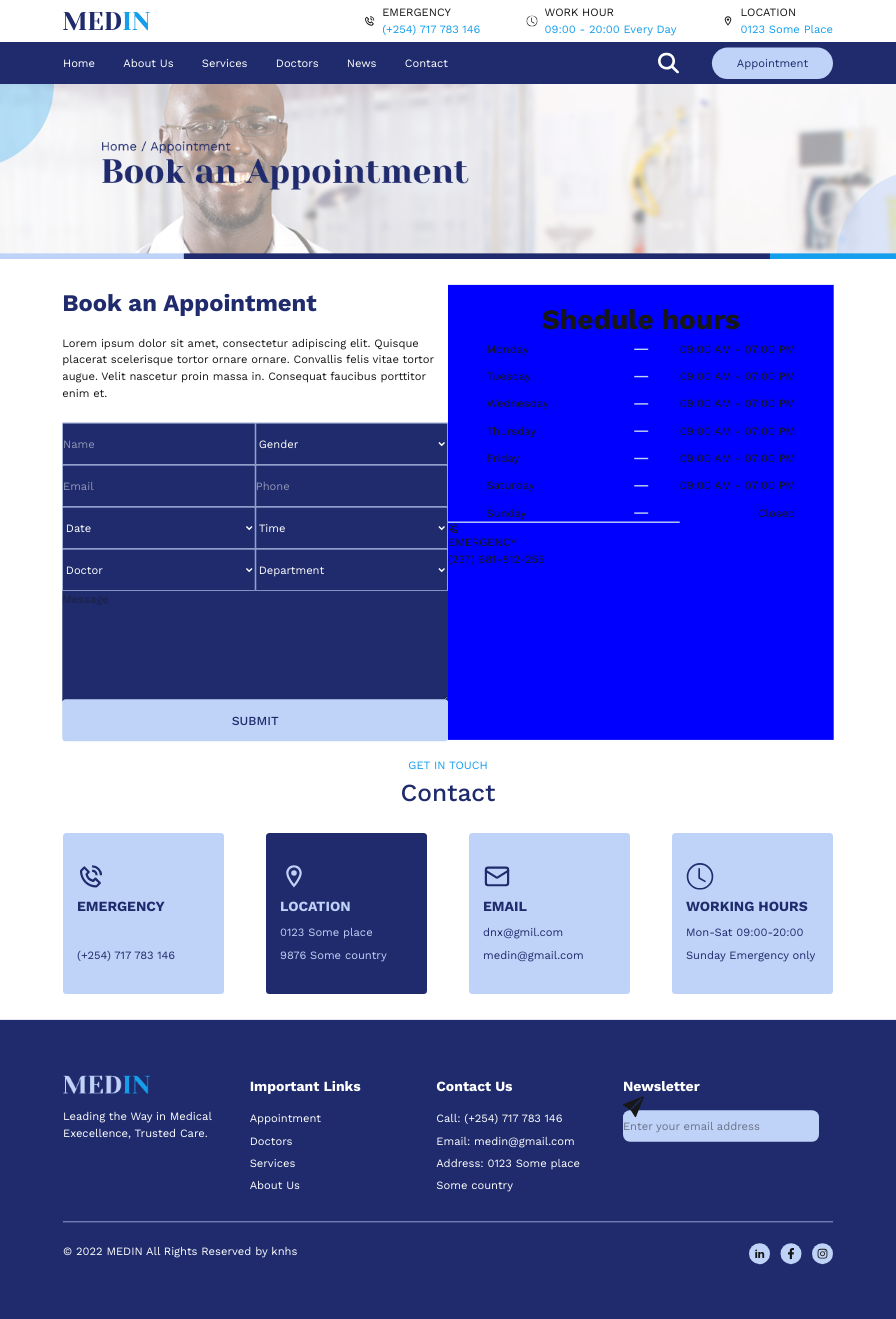
Repository: SynHK3/Poc_Hospital
Page: /appointment (app in fe_hospital/)
An editor plug-in stored every save of this project. The page is shown before and after a run of saves, followed by the edit.
The browser window is 1280 px wide. The pictures show the whole page, at 70% of full size.
The project was rebuilt for these pictures with package versions that can differ from the ones it lists, and the page was loaded fresh each time. The framework's server and built-in components were replaced by stand-ins that run in the browser. Also part of the build but not shown: fe_hospital/next.config.ts.

Above is the page before, as saved 2025-09-02 22:49:19.

### fe_hospital/src/app/layout.tsx
import type { Metadata } from "next";
import { Geist, Geist_Mono, Work_Sans } from "next/font/google";
import "./globals.css";

const geistSans = Geist({
  variable: "--font-geist-sans",
  subsets: ["latin"],
});

const geistMono = Geist_Mono({
  variable: "--font-geist-mono",
  subsets: ["latin"],
});

const workSans = Work_Sans({
  subsets: ["latin"],
  weight: ["400", "500", "600", "700"], // chọn các weight cần
});

export const metadata: Metadata = {
  title: "Create Next App",
  description: "Generated by create next app",
};

export default function RootLayout({
  children,
}: Readonly<{
  children: React.ReactNode;
}>) {
  return (
    <html lang="en">
      <body
        className={`${workSans.className} ${geistMono.variable} antialiased`}
      >
        {children}
      </body>
    </html>
  );
}

### fe_hospital/src/app/appointment/page.tsx
import Header from "@/components/header/header";
import "./appointment.css";
import Contact from "@/components/contact/contact";
import Footer from "@/components/footer/footer";

import { BiPhoneCall } from "react-icons/bi";

export default function Appointment() {
  return (
    <div>
      <Header></Header>
      <div className="container__content--appointment">
        <div className="content__banner--appointment"></div>

        <div className="content--form--appointment">
          <div className="layout__content--submit--form--appointment">
            {/* Start Form Book Appointment */}
            <div className="container__form--submit--appointment">
              <h1 className="form__title">Book an Appointment</h1>
              <p className="form__description">
                Lorem ipsum dolor sit amet, consectetur adipiscing elit. Quisque
                placerat scelerisque tortor ornare ornare. Convallis felis vitae
                tortor augue. Velit nascetur proin massa in. Consequat faucibus
                porttitor enim et.
              </p>
              <form className="form__appointment">
                <div className="form__group">
                  <input
                    type="text"
                    placeholder="Name"
                    className="form__input form__input--half"
                  />
                  <select className="form__select form__select--half">
                    <option>Gender</option>
                  </select>
                </div>
                <div className="form__group">
                  <input
                    type="email"
                    placeholder="Email"
                    className="form__input form__input--half"
                  />
                  <input
                    type="tel"
                    placeholder="Phone"
                    className="form__input form__input--half"
                  />
                </div>
                <div className="form__group">
                  <select className="form__select form__select--half">
                    <option>Date</option>
                  </select>
                  <select className="form__select form__select--half">
                    <option>Time</option>
                  </select>
                </div>
                <div className="form__group">
                  <select className="form__select form__select--half">
                    <option>Doctor</option>
                  </select>
                  <select className="form__select form__select--half">
                    <option>Department</option>
                  </select>
                </div>
                <textarea
                  placeholder="Message"
                  className="form__textarea"
                ></textarea>
                <button type="submit" className="btn__submit--appointment">
                  SUBMIT
                </button>
                {/* End Form Book Appointment */}
              </form>
            </div>

            {/* Start Shedule Appoinment */}
            <div className="container__shedule--appointment">
              <h2 className="shedule__title">Shedule hours</h2>
              <ul className="shedule__list">
                <li className="shedule__item">
                  <span className="day">Monday</span>
                  <span className="line--day--time"></span>
                  <span className="time">09:00 AM - 07:00 PM</span>
                </li>
                <li className="shedule__item">
                  <span className="day">Tuesday</span>
                  <span className="line--day--time"></span>
                  <span className="time">09:00 AM - 07:00 PM</span>
                </li>
                <li className="shedule__item">
                  <span className="day">Wednesday</span>
                  <span className="line--day--time"></span>
                  <span className="time">09:00 AM - 07:00 PM</span>
                </li>
                <li className="shedule__item">
                  <span className="day">Thursday</span>
                  <span className="line--day--time"></span>
                  <span className="time">09:00 AM - 07:00 PM</span>
                </li>
                <li className="shedule__item">
                  <span className="day">Friday</span>
                  <span className="line--day--time"></span>
                  <span className="time">09:00 AM - 07:00 PM</span>
                </li>
                <li className="shedule__item">
                  <span className="day">Saturday</span>
                  <span className="line--day--time"></span>
                  <span className="time">09:00 AM - 07:00 PM</span>
                </li>
                <li className="shedule__item">
                  <span className="day">Sunday</span>
                  <span className="line--day--time"></span>
                  <span className="time">Closed</span>
                </li>
              </ul>

              <div className="shedule__line"></div>

              <div className="shedule__info--contact">
                <div className="shedule__info--contact--item">
                  <BiPhoneCall className="icon__info--item"></BiPhoneCall>

                  <div className="shedule__info--contact--desc">
                    <h3>EMERGENCY</h3>
                    <h5>(237) 681-812-255</h5>
                  </div>
                </div>
              </div>

              {/* End Schedule Hours */}
            </div>
          </div>
        </div>
      </div>
      <Contact></Contact>
      <Footer></Footer>
    </div>
  );
}

### fe_hospital/src/components/header/header.tsx
import Logo from "../../images/Logo.svg";
import Image from "next/image";
import { BiPhoneCall } from "react-icons/bi";
import { FaMagnifyingGlass } from "react-icons/fa6";
import { BsClock } from "react-icons/bs";
import { MdOutlineLocationOn } from "react-icons/md";
import "./header.css";

export default function Header() {
  return (
    <div className="container__header">
      <div className="header__layout">
        <div className="header__headline">
          <Image src={Logo} width={125} height={42} alt=""></Image>

          <div className="header__headline--info">
            <div className="header__headline--info--item">
              <BiPhoneCall className="icon__info--item"></BiPhoneCall>

              <div className="header__headline--info--desc">
                <h3>EMERGENCY</h3>
                <h5>(+254) 717 783 146</h5>
              </div>
            </div>

            <div className="header__headline--info--item">
              <BsClock className="icon__info--item"></BsClock>

              <div className="header__headline--info--desc">
                <h3>WORK HOUR</h3>
                <h5>09:00 - 20:00 Every Day</h5>
              </div>
            </div>

            <div className="header__headline--info--item">
              <MdOutlineLocationOn className="icon__info--item"></MdOutlineLocationOn>

              <div className="header__headline--info--desc">
                <h3>LOCATION</h3>
                <h5>0123 Some Place</h5>
              </div>
            </div>
          </div>
        </div>

        <div className="header__nav">
          <div className="layout__header--nav">
            <ul className="header__list--nav">
              <li>Home</li>
              <li>About Us</li>
              <li>Services</li>
              <li>Doctors</li>
              <li>News</li>
              <li>Contact</li>
            </ul>

            <div className="header__nav--appoinment">
              <FaMagnifyingGlass fontSize={30}></FaMagnifyingGlass>

              <button className="header__btn--appointment">Appointment</button>
            </div>
          </div>
        </div>
      </div>
    </div>
  );
}

### fe_hospital/src/app/appointment/appointment.css
.container__content--appointment {
  width: 100%;
  height: auto;
}

.content__banner--appointment {
  width: 100%;
  height: 250px;
  background-image: url("./images/Content__Header__Appointment.png");
  background-repeat: no-repeat;
  background-size: cover;
  background-position: center;
}

.content--form--appointment {
  display: flex;
  margin-top: 37px;
  width: 100%;
  height: 650px;

  align-items: center;
  justify-content: center;
}

.layout__content--submit--form--appointment {
  display: flex;
  width: 1102px;
  height: 650px;
}

/* CSS Form Appointment */

.container__form--submit--appointment {
  width: 50%;
  height: 650px;
}
.form__title {
  color: #1f2b6c;
  font-weight: bold;
  font-size: 34px;
}

.form__description {
  margin-top: 20px;
}

.form__appointment {
  margin-top: 30px;
}

.form__group {
  display: flex;
}

.form__input,
.form__select {
  width: 100%;
  height: 60px;
  background-color: #1f2b6c;
  border: 1px solid #bfd2f8;
  color: white;
  font-size: 1rem;
}

/* .form__select {
  appearance: none;
  background-image: url('data:[embedded picture, 232 characters]');
  background-repeat: no-repeat;
  background-position: right 15px center;
  background-size: 12px;
} */

.form__textarea {
  width: 100%;
  height: 158px;
  resize: vertical;
  background-color: #1f2b6c;
}

.btn__submit--appointment {
  margin-top: -10px;
  width: 100%;
  height: 60px;
  background-color: #bfd2f8;
  color: #1f2b6c;
  border-radius: 5px;
  font-size: 1.1rem;
  font-weight: 500;
  cursor: pointer;
}

/* End Form Appoint Ment */

/* Start Shedule Appoinment */

.container__shedule--appointment {
  width: 50%;
  height: 650px;
  background-color: blue;
}

.shedule__title {
  font-size: 2.5rem;
  font-weight: bold;
  margin-top: 20px;
  text-align: center;
}

.shedule__list {
  width: 80%;
  margin: 0 auto;
  display: flex;
  flex-direction: column;
  gap: 15px; /* khoảng cách giữa các item */
}

.shedule__item {
  display: flex;
  align-items: center;
}

.shedule__item .day {
  flex: 1;
  text-align: left;
}

.shedule__item .line--day--time {
  width: 20px; /* cố định 10px */
  height: 2px;
  background-color: #bfd2f8;
  margin: 0 8px;
}

.shedule__item .time {
  flex: 1;
  text-align: right;
}

.shedule__line {
  width: 331px;
  height: 2px;
  background-color: #bfd2f8;
}

.header__headline--info--item {
  height: 60px;
  display: flex;
  align-items: center;
}



/* End Shedule Appointment */

### fe_hospital/src/components/contact/contact.tsx
import "./contact.css";

import { BiPhoneCall } from "react-icons/bi";
import { MdOutlineLocationOn } from "react-icons/md";
import { LuMail } from "react-icons/lu";
import { BsClock } from "react-icons/bs";

export default function Contact() {
  return (
    <div className="container__contact">
      <div className="container__layout--contact">
        <div className="content__contact--headline">
          <h6>GET IN TOUCH</h6>
          <h1>Contact</h1>
        </div>

        <ul className="content__list--contact">
          <li>
            <div className="contact--item">
              <BiPhoneCall className="contact__item--icon"></BiPhoneCall>
              <h1>EMERGENCY</h1>

              <h3 style={{ visibility: "hidden" }}>dnx@gmil.com</h3>
              <p>(+254) 717 783 146</p>
            </div>
          </li>
          <li>
            <div className="contact--item">
              <MdOutlineLocationOn className="contact__item--icon"></MdOutlineLocationOn>
              <h1>LOCATION</h1>

              <p>0123 Some place</p>
              <p>9876 Some country</p>
            </div>
          </li>
          <li>
            <div className="contact--item">
              <LuMail className="contact__item--icon"></LuMail>
              <h1>EMAIL</h1>

              <p>dnx@gmil.com</p>
              <p>medin@gmail.com</p>
            </div>
          </li>
          <li>
            <div className="contact--item">
              <BsClock className="contact__item--icon"></BsClock>
              <h1 className="headline--item">WORKING HOURS</h1>

              <p>Mon-Sat 09:00-20:00</p>
              <p>Sunday Emergency only</p>
            </div>
          </li>
        </ul>
      </div>
    </div>
  );
}

### fe_hospital/src/components/footer/footer.tsx
import "./footer.css";
import { RiLinkedinFill } from "react-icons/ri";
import { FaFacebookF } from "react-icons/fa";
import { FaInstagram } from "react-icons/fa";
import Image from "next/image";
import LogoFooter from "../../images/Logo__Footer.png";
import { BsFillSendFill } from "react-icons/bs";

export default function Footer() {
  return (
    <div className="container__footer">
      <div className="container__layout--footer">
        <ul className="list__footer--item">
          <li>
            <div>
              <Image src={LogoFooter} width={125} height={42} alt=""></Image>
              <h1 className="headline__footer">
                Leading the Way in Medical Execellence, Trusted Care.
              </h1>
            </div>
          </li>
          <li>
            <div>
              <h1 className="footer--item--headline">Important Links</h1>
              <ul className="list--item--footer--link">
                <li>Appointment</li>
                <li>Doctors</li>
                <li>Services</li>
                <li>About Us</li>
              </ul>
            </div>
          </li>

          <li>
            <div>
              <h1 className="footer--item--headline">Contact Us</h1>
              <ul className="list--item--footer--contact">
                <li>Call: (+254) 717 783 146</li>
                <li>Email: medin@gmail.com</li>
                <li>Address: 0123 Some place</li>
                <li>Some country</li>
              </ul>
            </div>
          </li>
          <li>
            <div>
              <h1 className="footer--item--headline">Newsletter</h1>
              <div className="container__input--send--mail">
                <input
                  className="input__footer--send--mail"
                  placeholder="Enter your email address"
                ></input>

                <BsFillSendFill
                  className="footer__icon--send--mail"
                  fontSize={30}
                ></BsFillSendFill>
              </div>
            </div>
          </li>
        </ul>

        <div className="footer--line"></div>

        <div className="footer--link--social">
          <h3>© 2022 MEDIN All Rights Reserved by knhs</h3>

          <ul className="list--icon--link--social">
            <li>
              <RiLinkedinFill></RiLinkedinFill>
            </li>
            <li>
              <FaFacebookF></FaFacebookF>
            </li>
            <li>
              <FaInstagram></FaInstagram>
            </li>
          </ul>
        </div>
      </div>
    </div>
  );
}

### fe_hospital/src/components/header/header.css
.container__header {
  width: 100%;
  height: 120px;
}

.header__layout {
  display: flex;
  flex-direction: column;
  align-items: center;
  width: 100%;
}

.header__headline {
  display: flex;
  justify-content: space-between;
  width: 1100px;
  height: 60px;
}

.header__headline--info {
  width: 670px;
  display: flex;
  justify-content: space-between;
}

.header__headline--info--desc > h5 {
  color: #159eec;
}

.header__headline--info--item {
  height: 60px;
  display: flex;
  align-items: center;
}

.icon__info--item {
  font-size: 30;
  margin-right: 10px;
}

/* Header Nav */

.header__nav {
  display: flex;
  align-items: center;
  justify-content: center;
  width: 100%;
  height: 60px;
  background-color: #1f2b6c;
  color: white;
}

.layout__header--nav {
  display: flex;
  justify-content: space-between;
  align-items: center;
  width: 1100px;
  height: 60px;
}

.header__list--nav {
  width: 550px;
  display: flex;
  justify-content: space-between;
}

.header__nav--appoinment {
  width: 250px;
  height: 45px;
  display: flex;
  justify-content: space-between;
  align-items: center;
}

.header__btn--appointment {
  color: #1f2b6c;
  width: 173px;
  height: 45px;
  background-color: #bfd2f8;
  border-radius: 30px;
}

### fe_hospital/src/components/contact/contact.css
.container__contact {
  display: flex;
  width: 100%;
  height: 400px;
  justify-content: center;
}

.container__layout--contact {
  display: flex;
  flex-direction: column;
  justify-content: space-between;
  width: 1100px;
  height: 363px;
}

.content__contact--headline {
  display: flex;
  flex-direction: column;
  width: 100%;
  height: 127px;
  align-items: center;
  justify-content: center;
}

.content__list--contact {
  display: flex;
  justify-content: space-between;
  align-items: center;
}

.content__contact--headline > h1 {
  font-size: 35px;
  font-weight: 500;
  color: #1f2b6c;
}
.content__contact--headline > h6 {
  color: #159eec;
}

.content__list--contact > li {
  display: flex;
  align-items: center;
  width: 230px;
  height: 230px;
  background-color: #bfd2f8;
  border-radius: 5px;
}

.content__list--contact > li:nth-child(2) {
  background-color: #1f2b6c;
}

.content__list--contact > li:nth-child(2) > div > p,
.content__list--contact > li:nth-child(2) > div > h1,
.content__list--contact > li:nth-child(2) > div > .contact__item--icon {
  color: #bfd2f8;
}

.contact--item {
  margin-left: 20px;
  display: flex;
  flex-direction: column;
  justify-content: space-between;
  width: 126px;
  height: 145px;
}

.contact--item > h1 {
  width: 230px;
  font-size: 20px;
  font-weight: 700;
  color: #1f2b6c;
}

.contact--item > p {
  width: 230px;
  color: #1f2b6c;
}

.headline--item {
  width: 140px;
}

.contact__item--icon {
  width: 40px;
  height: 38px;
  color: #1f2b6c;
}

### fe_hospital/src/components/footer/footer.css
.container__footer {
  display: flex;
  width: 100%;
  height: 427px;
  justify-content: center;
  align-items: center;
  background-color: #1f2b6c;
}

.container__layout--footer {
  display: flex;
  flex-direction: column;
  justify-content: space-between;
  width: 1100px;
  height: 270px;
}

/* Footer Items  */
.list__footer--item {
  display: flex;
  justify-content: space-between;
  height: 179px;
}

.footer--item--headline {
  color: white;
  font-weight: 700;
  font-size: 20px;
}

.list__footer--item > li {
  width: 220px;
  height: 179px;
}

.list__footer--item > li:last-child {
  display: flex;
  width: 300px;
}

.headline__footer {
  width: 250px;
  color: white;
}

/* Input SEND MAIL */
.container__input--send--mail {
  position: relative;
  width: 280px;
  display: flex;
  justify-content: space-between;
}

.input__footer--send--mail {
  width: 300px;
  height: 45px;
  background-color: #bfd2f8;
  border-radius: 10px;
}

.footer__icon--send--mail {
  position: absolute;
  right: 10;
  margin-top: 27;
}

.headline__footer,
.list--item--footer--link,
.list--item--footer--contact,
.input__footer--send--mail {
  margin-top: 20px;
}

.list--item--footer--link,
.list--item--footer--contact {
  display: flex;
  flex-direction: column;
  justify-content: space-between;
  height: 120px;
  color: white;
}

/* Footer Line */

.footer--line {
  width: 100%;
  height: 1px;
  background-color: #bfd2f8;
}

.footer--link--social {
  justify-content: space-between;
  display: flex;
}

.footer--link--social > h3 {
  color: white;
}

.list--icon--link--social {
  display: flex;
  justify-content: space-between;
  width: 120px;
}

.list--icon--link--social > li {
  display: flex;
  align-items: center;
  justify-content: center;
  width: 30px;
  height: 30px;
  background-color: #bfd2f8;
  border-radius: 50%;
}

Loaded but not shown: fe_hospital/src/app/globals.css (common file)

After the next 2 saves:
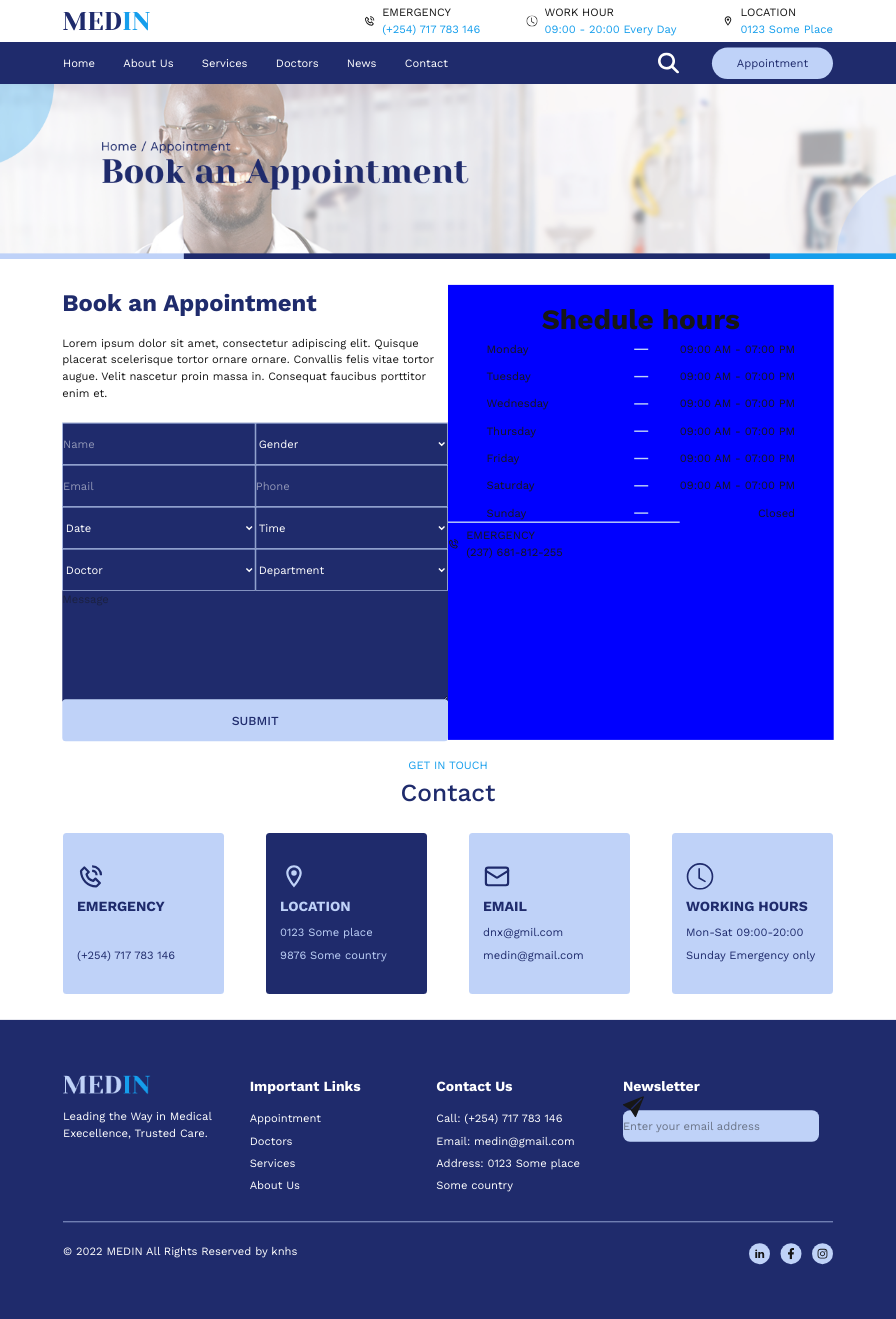
The 2 saves are shown as one change because they came seconds apart.
The last was saved 10 s later.
--- a/fe_hospital/src/app/appointment/appointment.css
+++ b/fe_hospital/src/app/appointment/appointment.css
@@ -142,7 +142,7 @@
   background-color: #bfd2f8;
 }
 
-.header__headline--info--item {
+.shedule__info--contact--item {
   height: 60px;
   display: flex;
   align-items: center;
